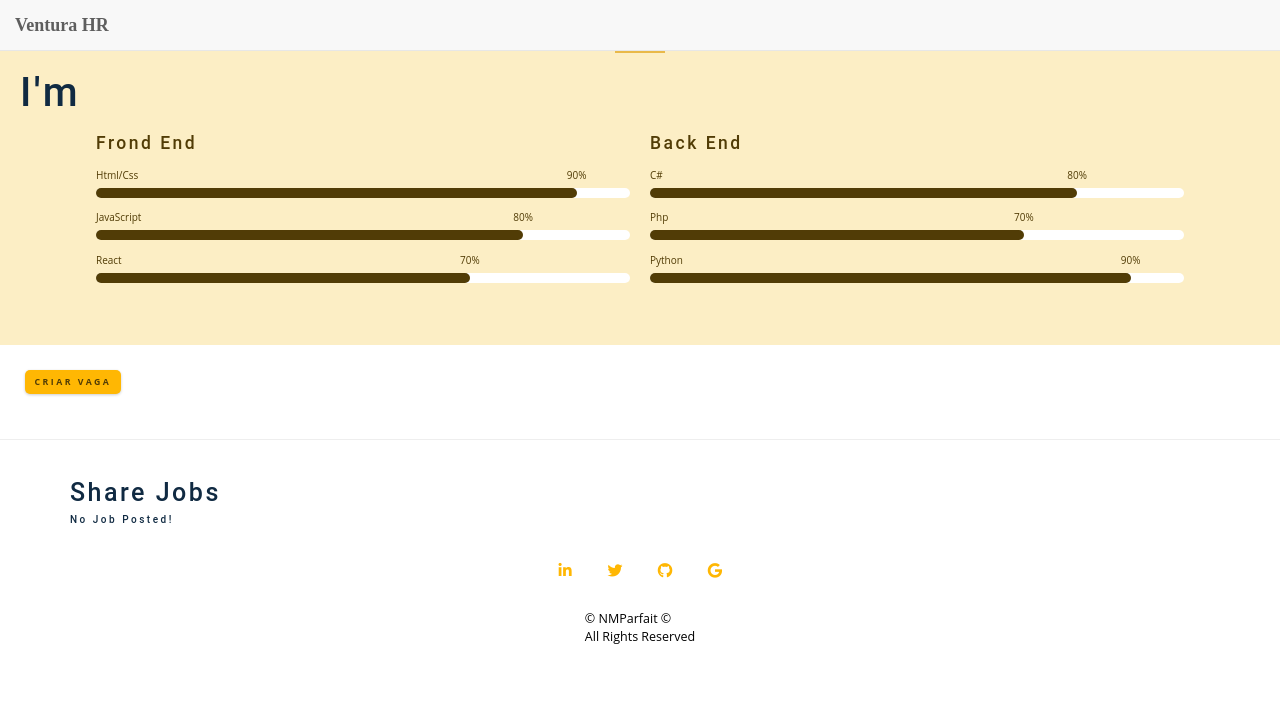
Repository: nmparfait/HumanResources-Ventura
Page: http://localhost/venturaWeb/WEB-INF/jsp/empresa/home.jsp
The author's editor kept a copy of each file at every save. The page is drawn from the files as they stood at one save, then again after the next save.
The browser window is 1280 px wide. The pictures show the whole page.
Some web fonts or font styles are not loaded; a fallback is used. Some web libraries are served in a nearby version. The page is served by Tomcat 9. Nobody is signed in. The template is opened directly, without the code that normally fills it, so the values that code supplies are empty.

Above is the page before, as saved 2021-09-27 22:34:10.

After the next save:
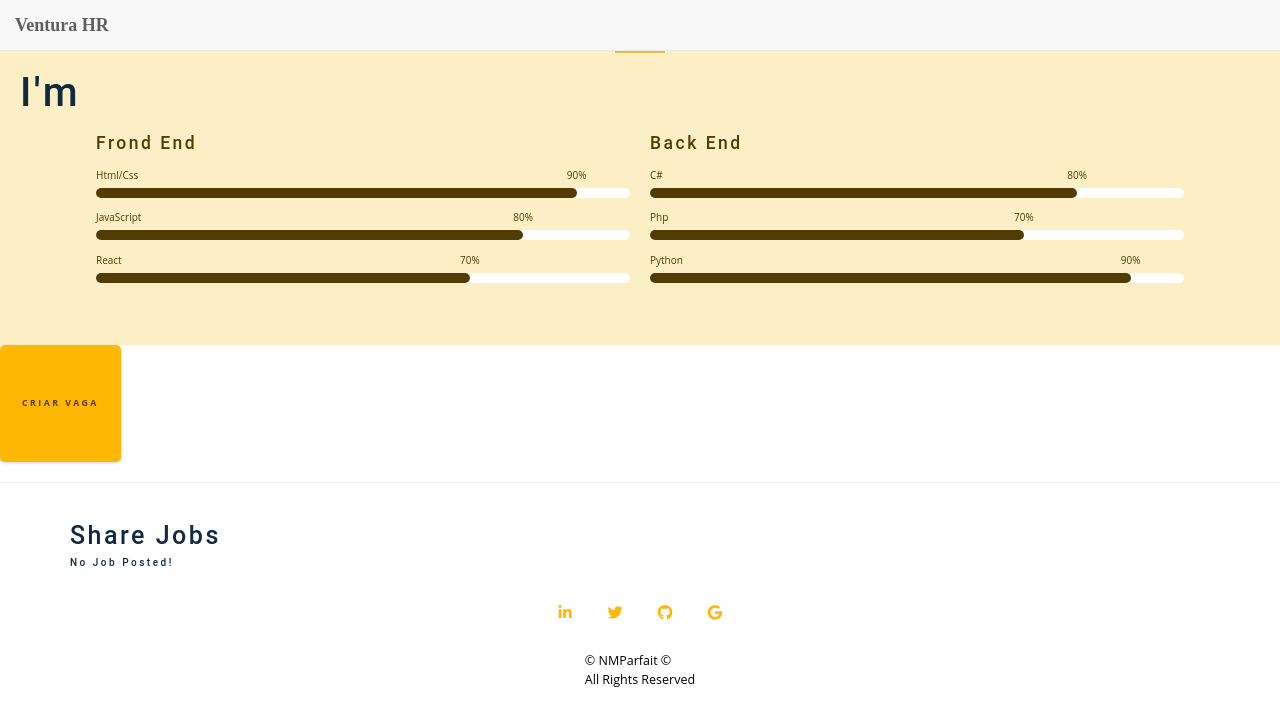
Saved 92 s later.
--- a/venturaWeb/src/main/webapp/WEB-INF/jsp/empresa/home.jsp
+++ b/venturaWeb/src/main/webapp/WEB-INF/jsp/empresa/home.jsp
@@ -121,7 +121,7 @@
     <!-- end of skills -->
 		    <div class="form-group">
 		        <form action="/postarVaga" method="get">
-		            <button type="submit" class="btn btn-default criarVaga">Criar Vaga</button>
+		            <button type="submit" class="btn btn-default section">Criar Vaga</button>
 		        </form>
 		    </div>
 		</div>
